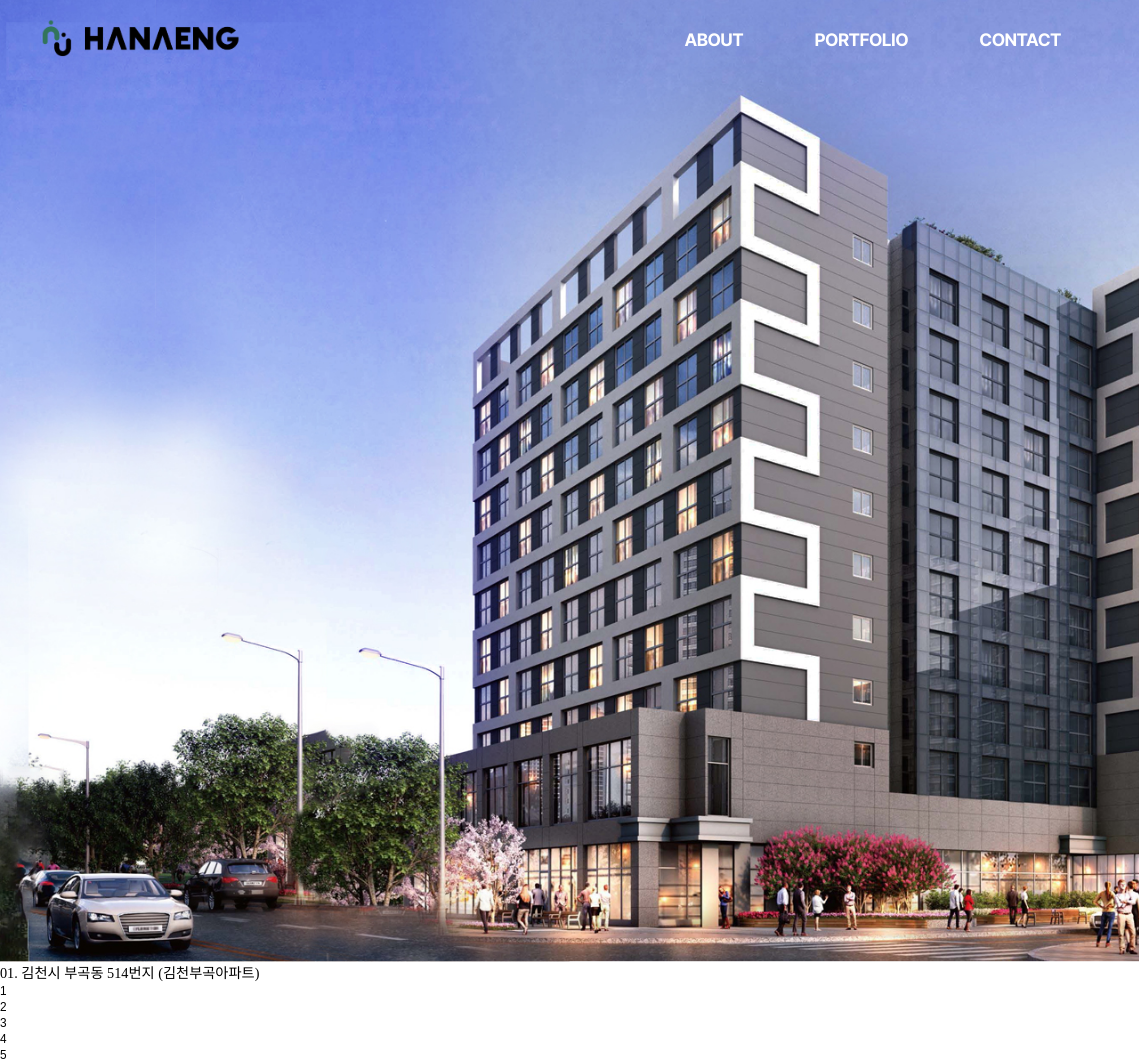
Repository: makeditWeb/hanaenc
Page: main.html
An editor plug-in stored every save of this project. The page is shown before and after the next save, followed by the edit.
The browser window is 1280 px wide. The pictures show the whole page, at 89% of full size.
Some web libraries are served in a nearby version.

Above is the page before, as saved 2023-07-05 17:31:11.

After the next save:
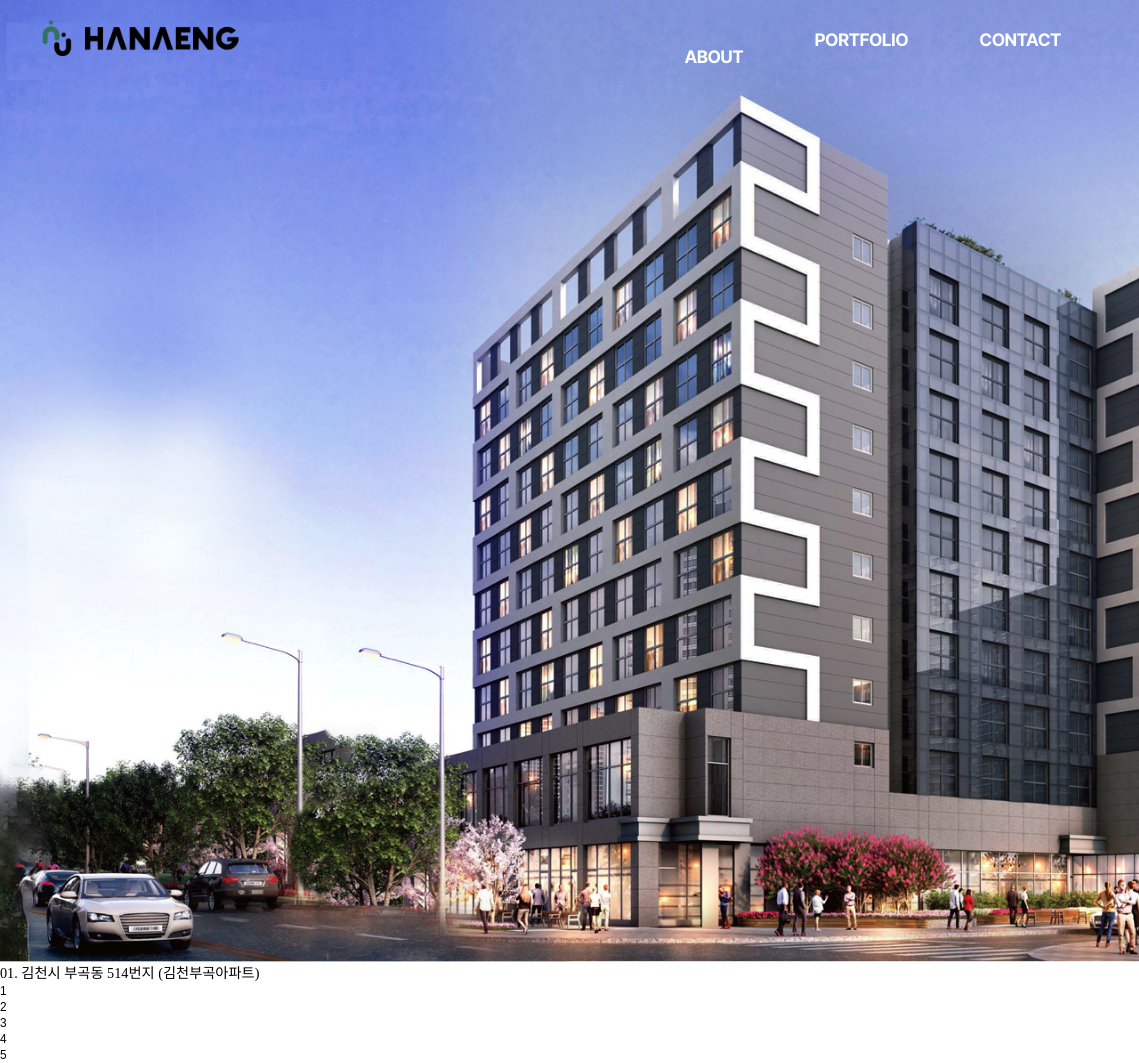
Saved 43 s later.
--- a/css/style.css
+++ b/css/style.css
@@ -170,7 +170,7 @@
 .menu-bar .nav-link {
     font-size: 20px;
     letter-spacing: -0.6px;
-    padding: 57px 40px;
+    padding: 57px 40px 20px;
     color: #fff;
     font-family: 'Pretendard-Bold';
     box-sizing: border-box;

After the 2 saves that followed:
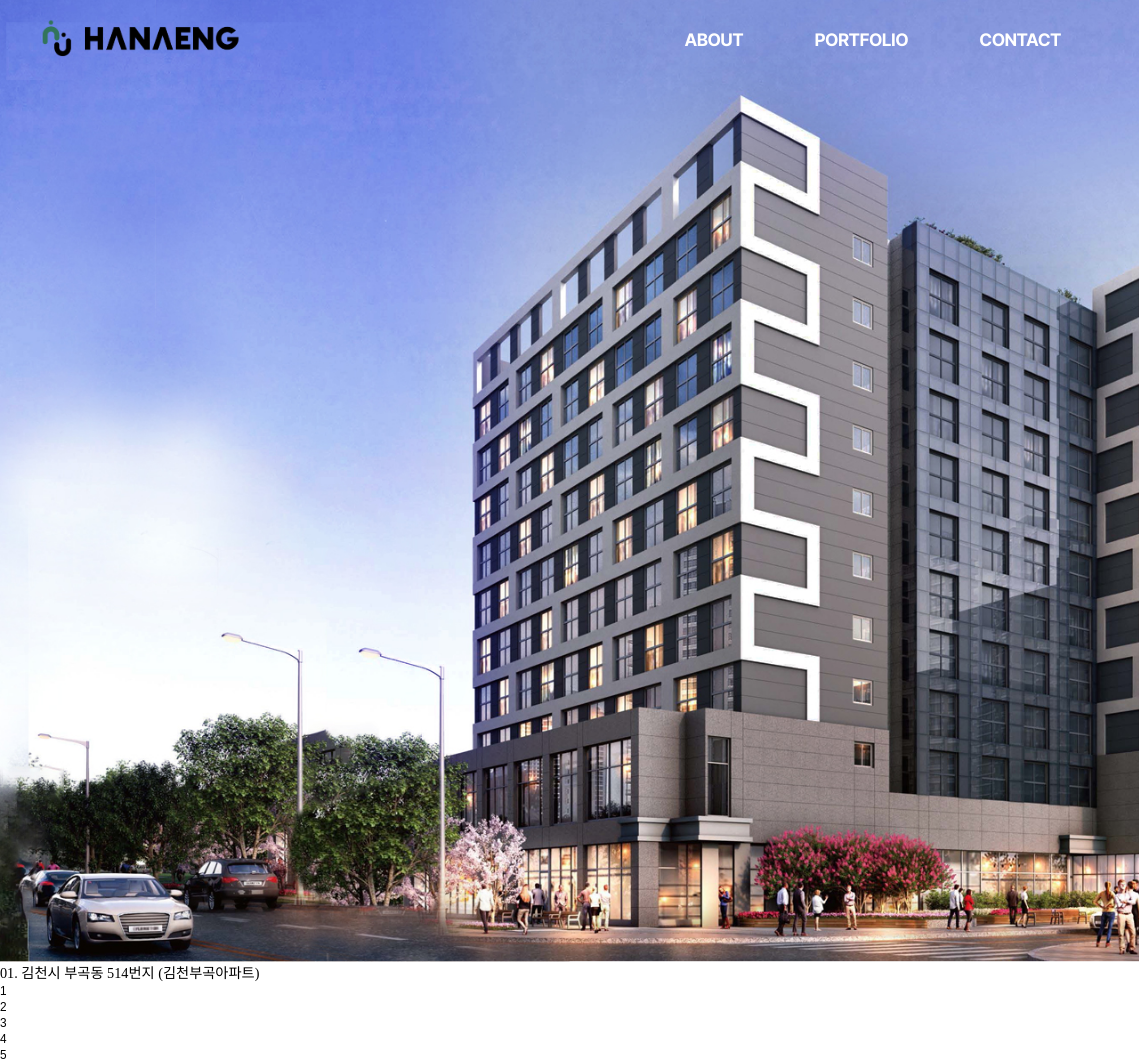
The 2 saves are shown as one change because 1 left the picture as it was.
The last was saved 6 min 10 s later.
--- a/css/style.css
+++ b/css/style.css
@@ -153,6 +153,9 @@
     position: relative;
 }
 
+.menu-bar li{
+    position: relative;
+}
 
 
 .menu-bar li:first-child ul:nth-child(1) {
@@ -170,7 +173,7 @@
 .menu-bar .nav-link {
     font-size: 20px;
     letter-spacing: -0.6px;
-    padding: 57px 40px 20px;
+    padding: 20px 40px;
     color: #fff;
     font-family: 'Pretendard-Bold';
     box-sizing: border-box;
